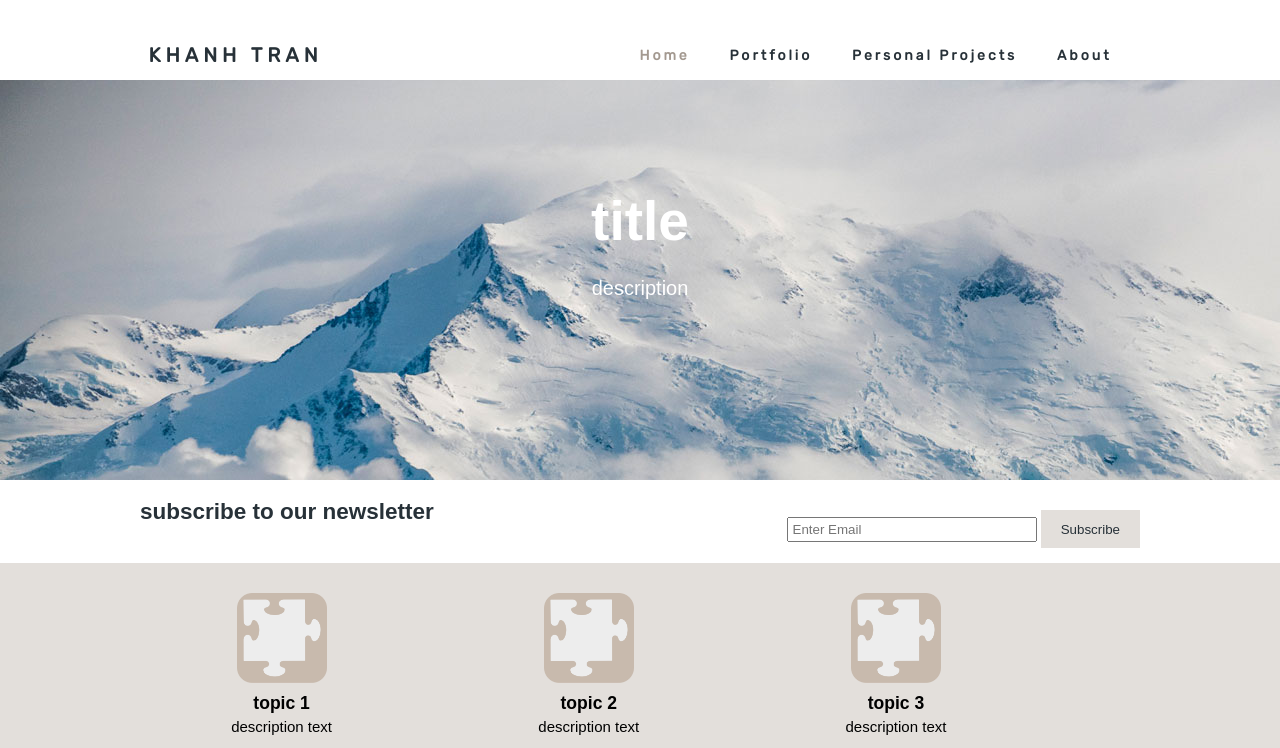
Repository: KTPo/KTPo.github.io
Page: index.html
The author's editor kept a record of every edit. The page is drawn from the files as they stood at one moment, then again after the next edit.
The browser window is 1280 px wide. The pictures show the whole page.

Above is the page before.

### index.html
<!DOCTYPE html>
<html>
    <head>
        <title>Welcome | Khanh's Webpage</title>
        <link rel='icon' href='./previewImages/puzzle.png' type='image/x-icon'/ >
        <link href="https://fonts.googleapis.com/css2?family=Rubik&display=swap" rel="stylesheet">
        <link rel="stylesheet" type="text/css" href="style.css">

        <meta name = "viewport" content = "width=device-width">
        <meta name="description" content="Personal Website">
        <meta name="keywords" content="khanhtran, khanhtranCV">
        <meta name="author" content="Khanh Tran">

        <script src = "app.js" type='text/javascript'></script>



    </head>
    <body>
        <header>
            <nav>
                <div class = "logo">
                    <h4><a href = "index.html">Khanh Tran</a></h4>
                </div>
                <ul class = "nav-links">
                    <li class = "active"><a href = "index.html">Home</a></li>
                    <li><a href = "portfolio.html">Portfolio</a></li>
                    <li><a href = "personalproj.html">Personal Projects</a></li>
                    <li><a href = "about.html">About</a></li>
                </ul>
                <div class = "burger">
                    <div class = "line1"></div>
                    <div class = "line2"></div>
                    <div class = "line3"></div>
                </div>

            </nav>

        </header>

        <section id = "showcase">
            <div class = "container">
                <h1>title</h1>
                <p>description</p>
            </div>
        </section>

        <section id = "newsletter">
            <div class = "container">
                <h1>subscribe to our newsletter</h1>
                <form>
                    <input type = "email" placeholder = "Enter Email">
                    <button type = "submit" class = "button_1">Subscribe</button>
                </form>
            </div>
        </section>

        <section id = "boxes">
            <div class = "container">
                <div class = "box">
                    <img src = "./previewImages/puzzle.png">
                    <h3>topic 1</h3>
                    <p>description text</p>
                </div>
                <div class = "box">
                    <img src = "./previewImages/puzzle.png">
                    <h3>topic 2</h3>
                    <p>description text</p>
                </div>
                <div class = "box">
                    <img src = "./previewImages/puzzle.png">
                    <h3>topic 3</h3>
                    <p>description text</p>
                </div>
            </div>
        </section>

        <!--<footer>
            <p>Khanh Tran, Copyright &copy;2019</p>
        </footer>-->
    </body>
</html>



<!--- add sticky bar for music???? --->

### style.css
*{
    margin:0px;
    padding:0px;
    box-sizing:border-box;
}
/* nav bar */
body{
    background-color:#e3dfdb;
    font:15px/1.5 'Karla',sans-serif;
}
nav{
    display:flex;
    justify-content:space-around;
    align-items:center;
    min-height:8vh;
    font-family: 'Rubik', sans-serif;
    background-color:#ffffff;/*#e3dfdb*/

    padding-top:40px;
    padding-bottom:10px;


}

.logo{
    text-transform: uppercase;
    letter-spacing:5px;
    font-size:20px;
}

.logo a{
   color:#273138;
   text-decoration:none;
}

.nav-links{
    display:flex;
    justify-content:space-around;
    width:40%;
}

.nav-links li{
    list-style:none;
}

.nav-links .active a{
    color:#a39990;
    font-weight:bold;
}
.nav-links a{
    color:#273138;
    text-decoration:none;
    letter-spacing:3px;
    font-weight:bold;
    font-size:14px;
}
.nav-links .active a:hover{
    color:#c7b9ad;
    text-decoration:underline;
}
.nav-links a:hover{
    color:#555c61;
    text-decoration:underline;
}

a #active{
    color:white;
}

.burger{
    display:none;
    cursor:pointer;
}

.burger div{
    width:30px;
    height: 3px;
    background-color:#273138;
    margin:5px;
    transition:all 0.3s ease;
}

@media screen and (max-width:1024px){
    .nav-links{
        display:flex;
        justify-content:space-around;
        width:60%;
    }
}

@media screen and (max-width:768px){
    body{
        overflow-x:hidden;
    }
    .nav-links{
        position: absolute;
        right:0px;
        height:92vh;
        top:8vh;
        background-color:#ffffff;
        align-items:center;
        display:flex;
        flex-direction:column;
        width:50%;
        transform:translateX(100%);
        transition: 0.5s ease-in;

        padding-top:35px;
        /*padding-left:5px;
        padding-right:5px;*/


    }
    .nav-links li{
        opacity:0;
    }
    .burger{
        display:block;
    }
}

.nav-active{
    transform:translateX(0%);
}

@keyframes navLinkFade{
    from{
        opacity:0;
        transform:translateX(50px);
    }
    to{
        opacity:1;
        transform:translateX(0px);
    }
}

.toggle .line1{
    transform:rotate(-45deg) translate(-5px,6px);
}
.toggle .line2{
    opacity:0;
}
.toggle .line3{
    transform:rotate(45deg) translate(-5px,-6px);
}

/* end nav bar*/

/*Global*/
.container{
    width:80%;
    margin:auto;
    overflow:hidden;
}

.button_1{
    height:38px;
    background:#e3dfdb;
    border:none;
    padding-left:20px;
    padding-right:20px;
    color:#273138;
}

/* Showcase */

#showcase{
    min-height:400px;
    background:url('./previewImages/alaska.png') no-repeat ;
    text-align:center;
    color:#ffffff;

}

#showcase h1{
    margin-top:100px;
    font-size:55px;
    margin-bottom:10px;
}

#showcase p{
    font-size:20px;
}

#newsletter{
    padding:15px;
    color:#273138;
    background:#ffffff;
}

#newsletter h1{
    float:left;
}

#newsletter form{
    float:right;
    margin-top:15px;
}

#newsletter input[type="email"]{
    padding:4px;
    height:25px;
    width:250px;
}

#boxes{
    margin-top:20px;
}

#boxes .box{
    float:left;
    width:30%;
    padding:10px;
    text-align:center;

}

#boxes .box img{
    width:90px;
}

footer{
    padding:20px;
    margin-top:20px;
    color:#273138;
    background-color:#ffffff;
    text-align:center;
}

/*side bar*/

aside #sidebar{
    float:right;
    width:30%;
    margin-top:10px;
}

/*main column*/
article #main-col{
    float:left;
    width:65%;
}

Loaded but not shown: app.js (no copy from this time; the picture is the same without it)

After the next edit:
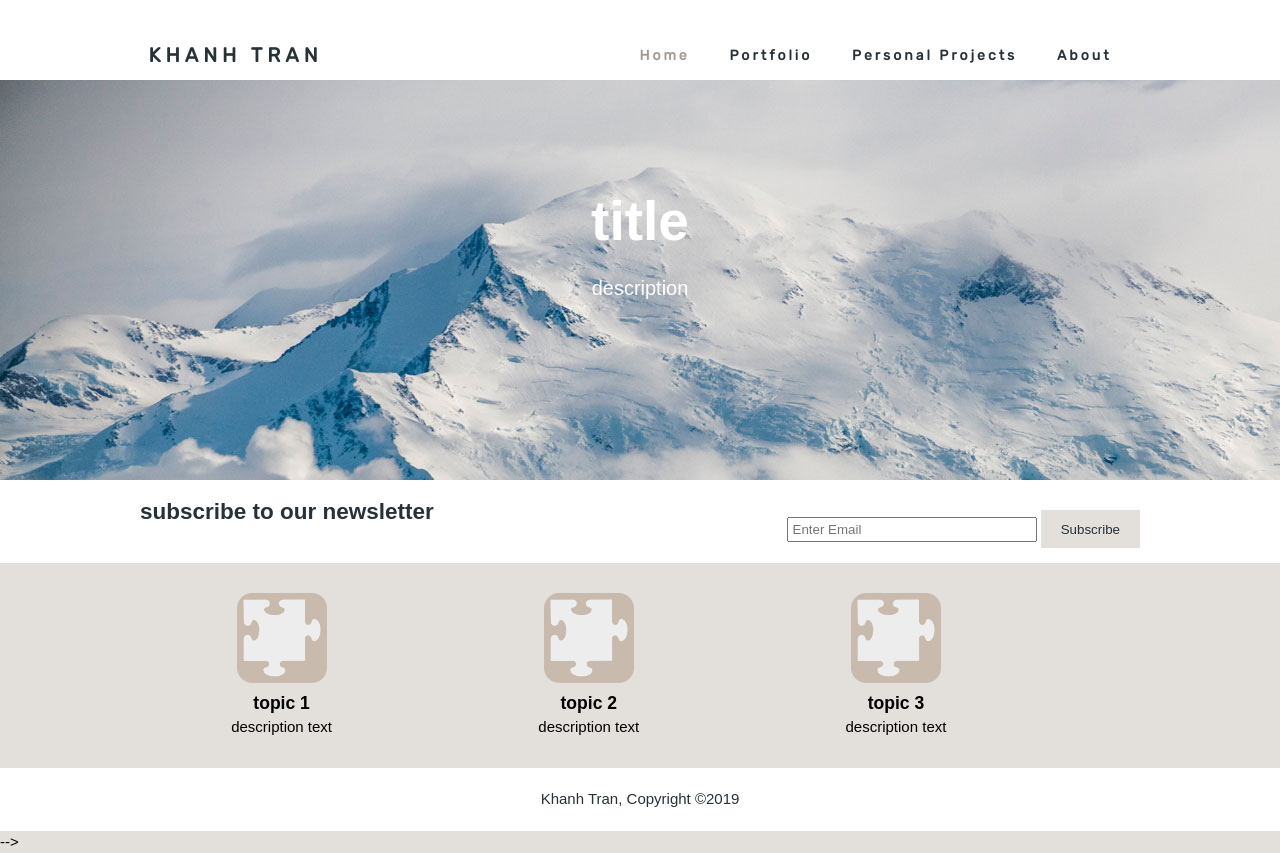
The edit:
--- a/index.html
+++ b/index.html
@@ -75,7 +75,7 @@
             </div>
         </section>
 
-        <!--<footer>
+        <footer>
             <p>Khanh Tran, Copyright &copy;2019</p>
         </footer>-->
     </body>
